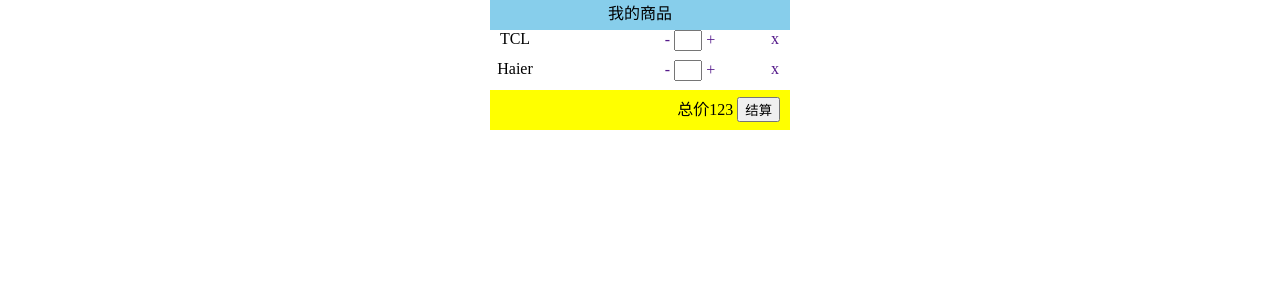
Repository: R1Deemo/Vue
Page: 10购物车.html
An editor plug-in stored every save of this project. The page is shown before and after the next save, followed by the edit.
The browser window is 1280 px wide. The pictures show the whole page.

Above is the page before, as saved 2022-11-14 15:39:20.

### 10购物车.html
<!DOCTYPE html>
<html lang="en">

<head>
    <meta charset="UTF-8">
    <meta http-equiv="X-UA-Compatible" content="IE=edge">
    <meta name="viewport" content="width=device-width, initial-scale=1.0">
    <title>Document</title>
    <link rel="stylesheet" href="/css/购物车.css">
</head>

<body>
    <div id="app">
        <div class="container">
            <my-cart></my-cart>
        </div>
    </div>
    <script src="https://cdn.jsdelivr.net/npm/vue/dist/vue.js"></script>
    <script>
        var CartTitle = {
            template: `<div class="title">我的商品</div>`
        }
        var CartList = {
            template: `
            <div id='main'>
                <div class='item'>
                    <div class="name">TCL</div>
                    <div class="change">
                        <a href="">-</a>
                        <input type='text' class='num'/>
                        <a href="">+</a>
                    </div>
                    <div class='del'><a href="">x</a></div>
                </div>
                <div class='item'>
                    <div class="name">Haier</div>
                    <div class="change">
                        <a href="">-</a>
                        <input type='text' class='num'/>
                        <a href="">+</a>
                    </div>
                    <div class='del'><a href="">x</a></div>
                </div>
            </div>`

        }
        var CartTotal = {
            template: ` <div class="total">
                <div id='foot'><span>总价123</span>
                    <button>结算</button></div>

                </div>`
        }
        Vue.component('my-cart', {
            template: `
            <div  class="cart">
                <cart-title></cart-title>
                <cart-list></cart-list>
                <cart-total></cart-total>
                </div>
            `,
            components: {
                'cart-title': CartTitle,
                'cart-list': CartList,
                'cart-total': CartTotal,

            }
        })
        var vm = new Vue({
            el: '#app',
            data: {

            }
        })
    </script>
</body>

</html>

### css/购物车.css
body,
html {
    margin: 0;
    padding: 0;
}

.title {
    background-color: skyblue;
    height: 30px;
}

.container {
    margin: 0 auto;
    text-align: center;
}

.del {
    position: absolute;
    right: 10px;
    width: 10px;
}

.change {
    float: right;
    width: 80px;
    padding-right: 60px;
}

a {
    text-decoration: none;
}

.num {
    width: 20px;
}

.name {
    float: left;
    width: 50px;
}

.cart {
    width: 300px;
    height: 200px;
    margin: 0 auto;
}

.item {
    height: 30px;
    position: relative;
}

.total {
    background-color: yellow;
    width: 100%;
    height: 40px;
    position: relative;
}

#foot {
    position: absolute;
    right: 10px;
    line-height: 40px;
}

After the next save:
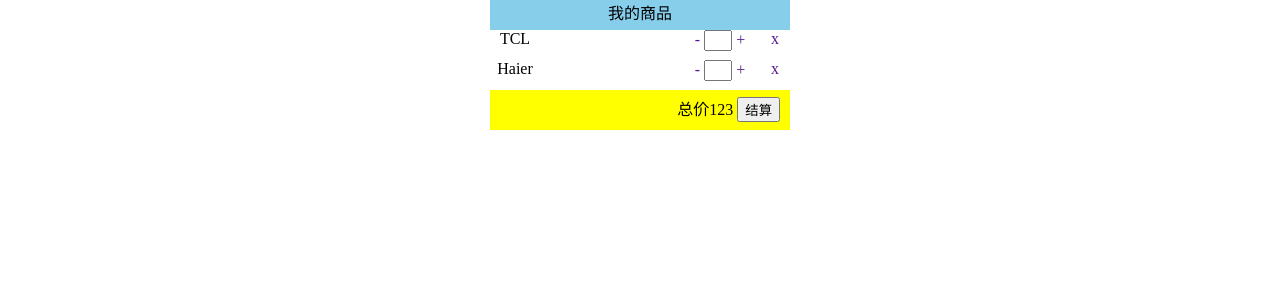
Saved 20 s later.
--- a/css/购物车.css
+++ b/css/购物车.css
@@ -23,7 +23,7 @@ html {
 .change {
     float: right;
     width: 80px;
-    padding-right: 60px;
+    padding-right: 30px;
 }
 
 a {
